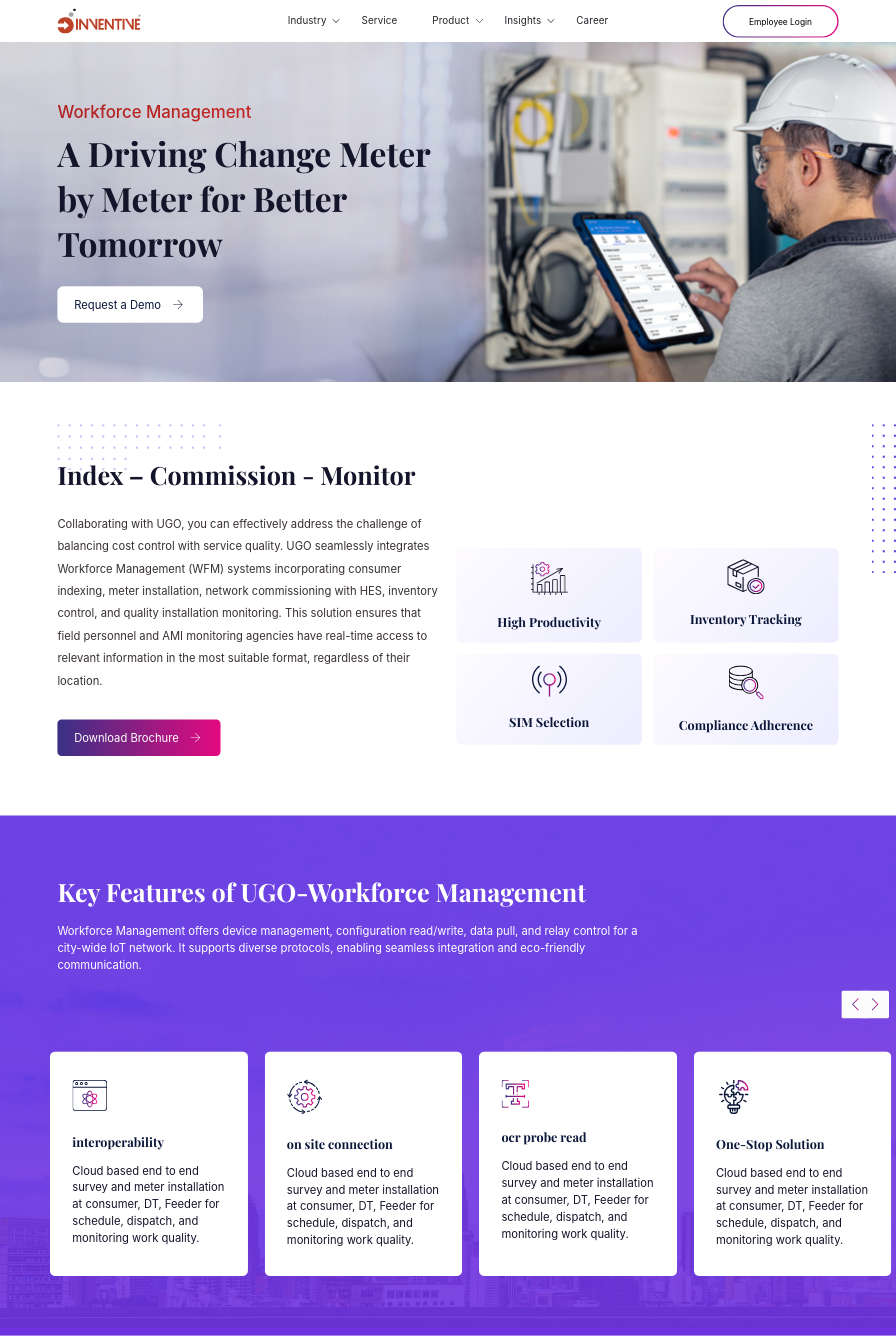
Repository: mangalravi/inventive
Page: WFM-Detail-Page.html
These files come from the project's save history. The page is drawn as it stood at one moment and after the next save; the edit follows.
The browser window is 1280 px wide. The pictures show the whole page, at 70% of full size.
Some web fonts or font styles are not loaded; a fallback is used. The style sheet was rebuilt from its Sass, Less or Tailwind sources for each picture, by a compiler version that may differ from the author's.

Above is the page before, as saved 2024-07-10 18:23:48.

After the next save:
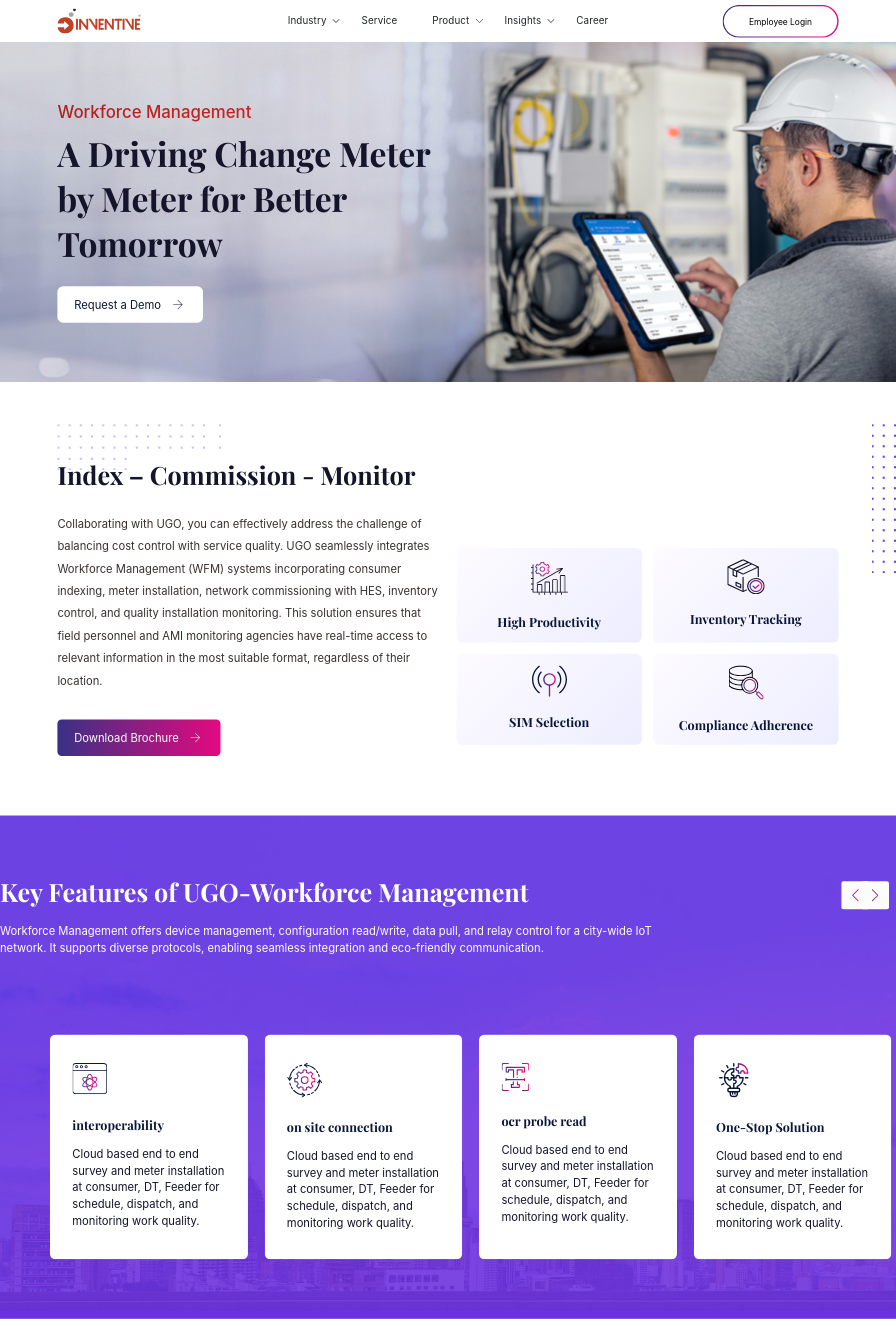
Saved 2 min 1 s later.
--- a/WFM-Detail-Page.html
+++ b/WFM-Detail-Page.html
@@ -344,7 +344,8 @@
       </div>
     </section>
     <section class="key-feature position-relative">
-      <div class="container">
+      <div class="container"></div>
+      <div class="swiper">
         <div class="row">
           <div class="col-11 col-sm-10 col-md-8">
             <div class="tpcntnt">
@@ -358,9 +359,7 @@
             </div>
           </div>
         </div>
-      </div>
-      <div class="swiper">
-        <!-- Additional required wrapper -->
+
         <div class="swiper-wrapper">
           <!-- Slides -->
           <div class="swiper-slide">

After the save that followed:
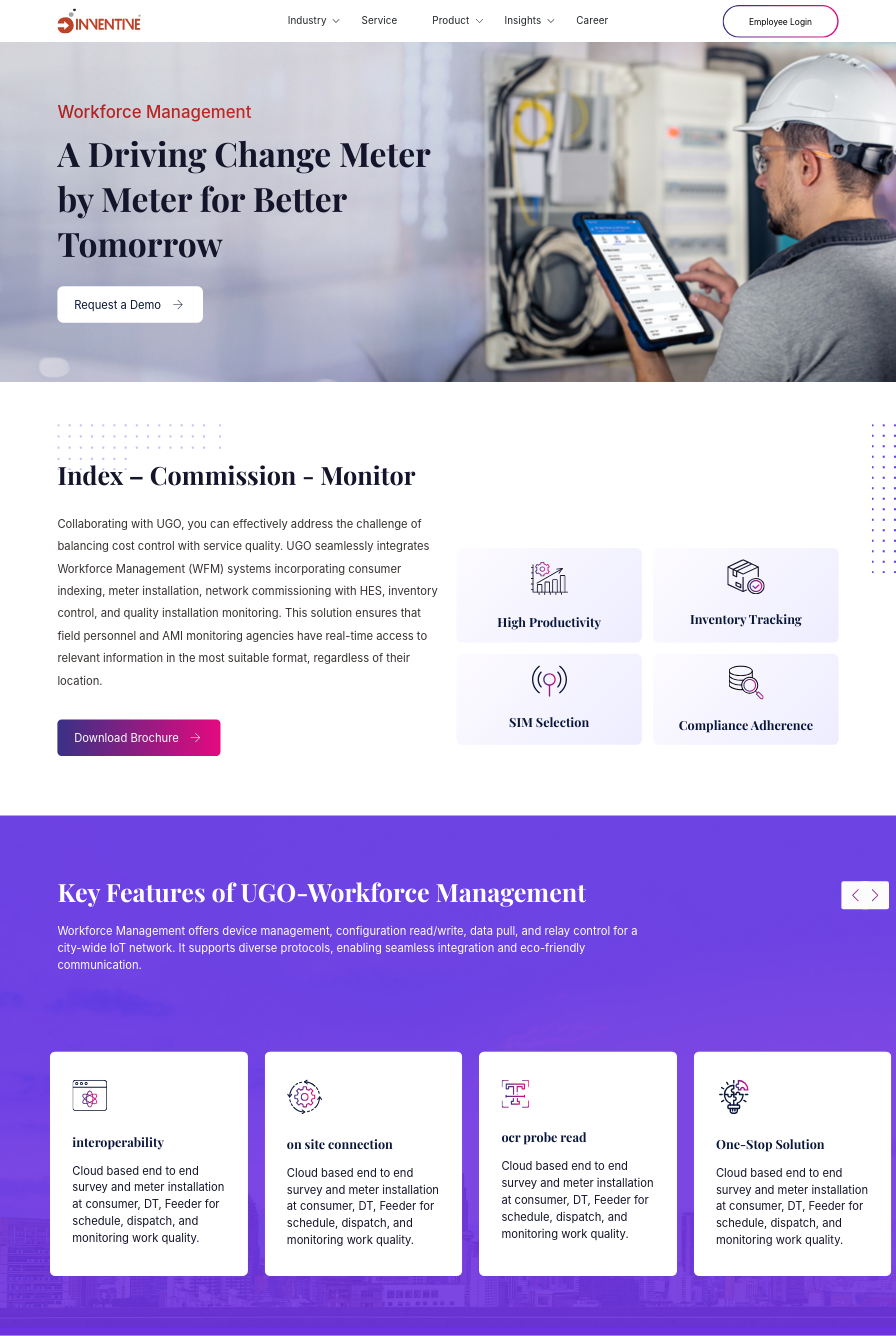
Saved 75 s later.
--- a/WFM-Detail-Page.html
+++ b/WFM-Detail-Page.html
@@ -344,18 +344,19 @@
       </div>
     </section>
     <section class="key-feature position-relative">
-      <div class="container"></div>
       <div class="swiper">
-        <div class="row">
-          <div class="col-11 col-sm-10 col-md-8">
-            <div class="tpcntnt">
-              <h4>Key Features of UGO-Workforce Management</h4>
-              <p>
-                Workforce Management offers device management, configuration
-                read/write, data pull, and relay control for a city-wide IoT
-                network. It supports diverse protocols, enabling seamless
-                integration and eco-friendly communication.
-              </p>
+        <div class="container">
+          <div class="row">
+            <div class="col-11 col-sm-10 col-md-8">
+              <div class="tpcntnt">
+                <h4>Key Features of UGO-Workforce Management</h4>
+                <p>
+                  Workforce Management offers device management, configuration
+                  read/write, data pull, and relay control for a city-wide IoT
+                  network. It supports diverse protocols, enabling seamless
+                  integration and eco-friendly communication.
+                </p>
+              </div>
             </div>
           </div>
         </div>
